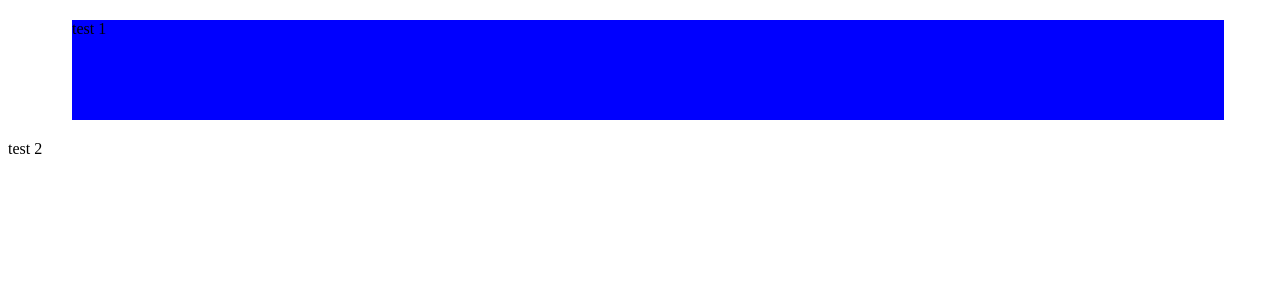
Repository: wimkinnet/Acco_Publish
Page: index.html
The author's editor kept a record of every edit. The page is drawn from the files as they stood at one moment, then again after the next edit.
The browser window is 1280 px wide. The pictures show the whole page.

Above is the page before.

After the next edit:
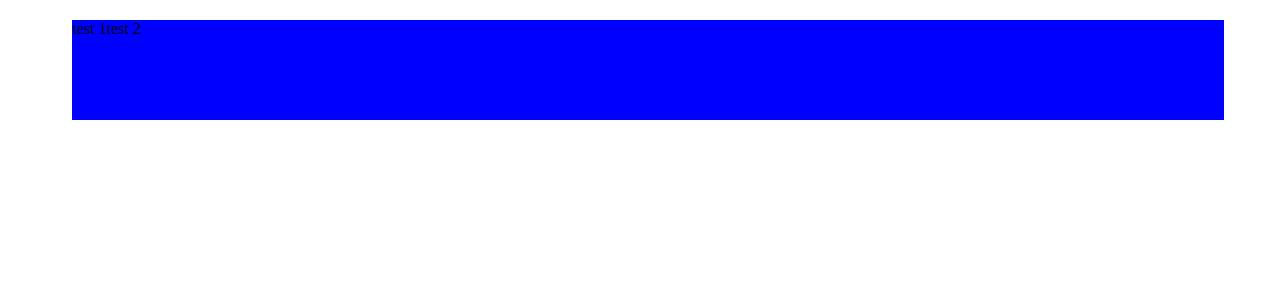
The edit:
--- a/index.html
+++ b/index.html
@@ -18,8 +18,8 @@
   </head>
   <body>
     <div class="page-header">
-      <div class="page-header-element"></div>
-        <p>test 1</p>
+      <div class="page-header-element">
+        test 1
       </div>
       <div class="page-header-element">
         test 2
